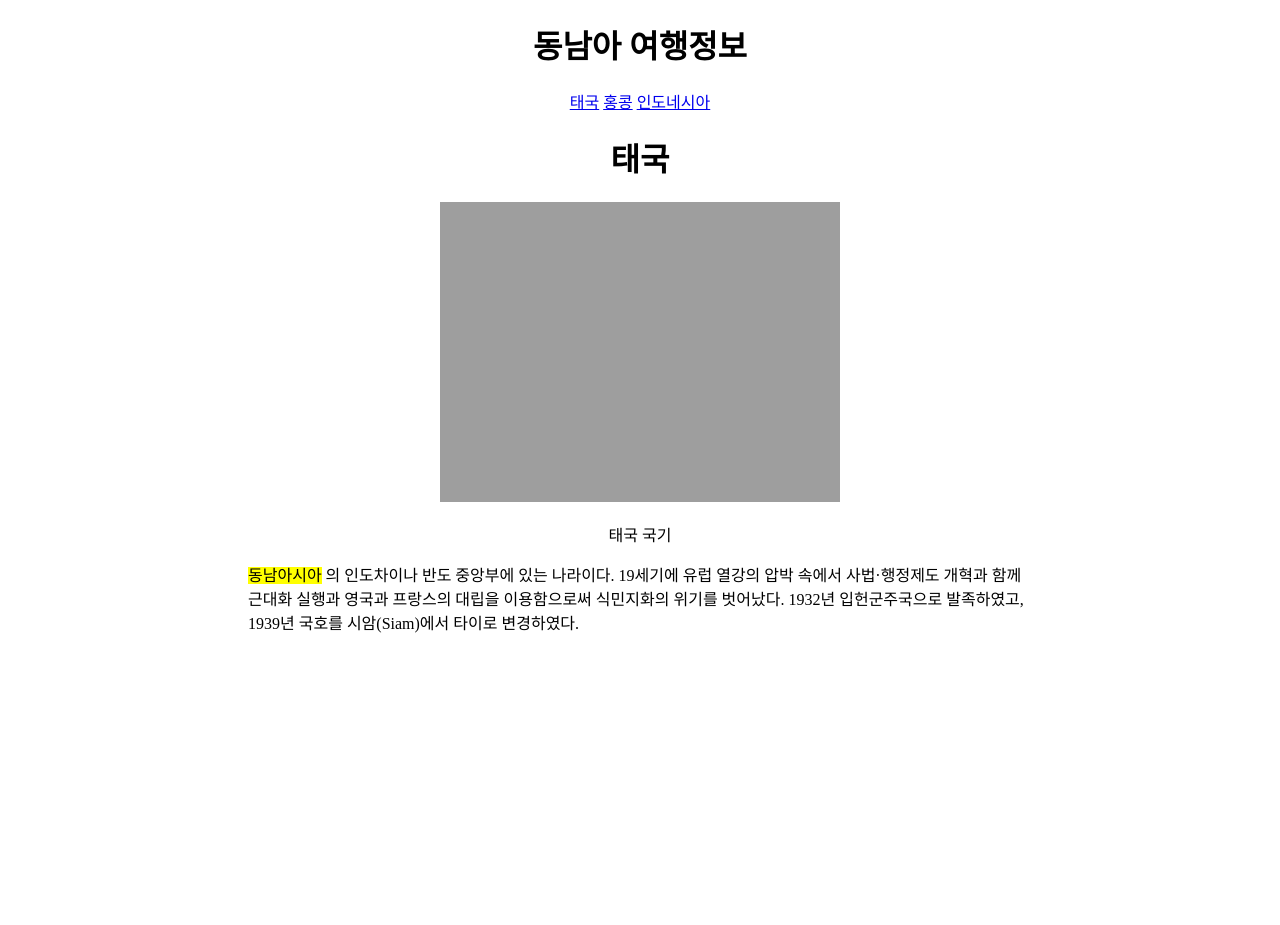
Repository: IreneCho/sk
Page: htmltest/WebContent/day1/homework3.html
The author's editor kept a copy of each file at every save. The page is drawn from the files as they stood at one save, then again after the next save.
The browser window is 1280 px wide. The pictures show the whole page.

Above is the page before, as saved 2016-08-22 02:57:41.

### htmltest/WebContent/day1/homework3.html
<!DOCTYPE html>
<html>
<head>
<meta charset="EUC-KR">
<title>Insert title here</title>
</head>
<body>
	<header>
		<center>
			<h1>동남아 여행정보</h1>
		</center>
	</header>

	<nav>
		<center>
			<a href="thailand.html" target="travle">태국</a> <a
				href="hongkong.html" target="travle">홍콩</a> <a href="indonesia.html"
				target="travle">인도네시아</a>
		</center>
	</nav>

	<center>
		<iframe frameborder="0" scrolling="no" name="travle" width="800"
			height="800" src="thailand.html" class="img-responsive"></iframe>
	</center>
</body>
</html>

### htmltest/WebContent/day1/thailand.html
<!DOCTYPE html>
<html>
<head>
<meta charset="EUC-KR">
<title>Insert title here</title>
</head>
<body>
	<center>
		<header>
			<h1>태국</h1>
		</header>
	</center>
	<center>
		<section>

			<figure>
				<img src="../image/thail.PNG" width="400" height="300" class="img-responsive">
			</figure>
			<figcaption>태국 국기</figcaption>

	</center>

	<article>
		<p>
			<mark>동남아시아</mark>
			의 인도차이나 반도 중앙부에 있는 나라이다. 19세기에 유럽 열강의 압박 속에서 사법·행정제도 개혁과 함께 근대화 실행과
			영국과 프랑스의 대립을 이용함으로써 식민지화의 위기를 벗어났다. 1932년 입헌군주국으로 발족하였고, 1939년 국호를
			시암(Siam)에서 타이로 변경하였다.
		</p>
	</article>
	</section>
</body>
</html>

After the next save:
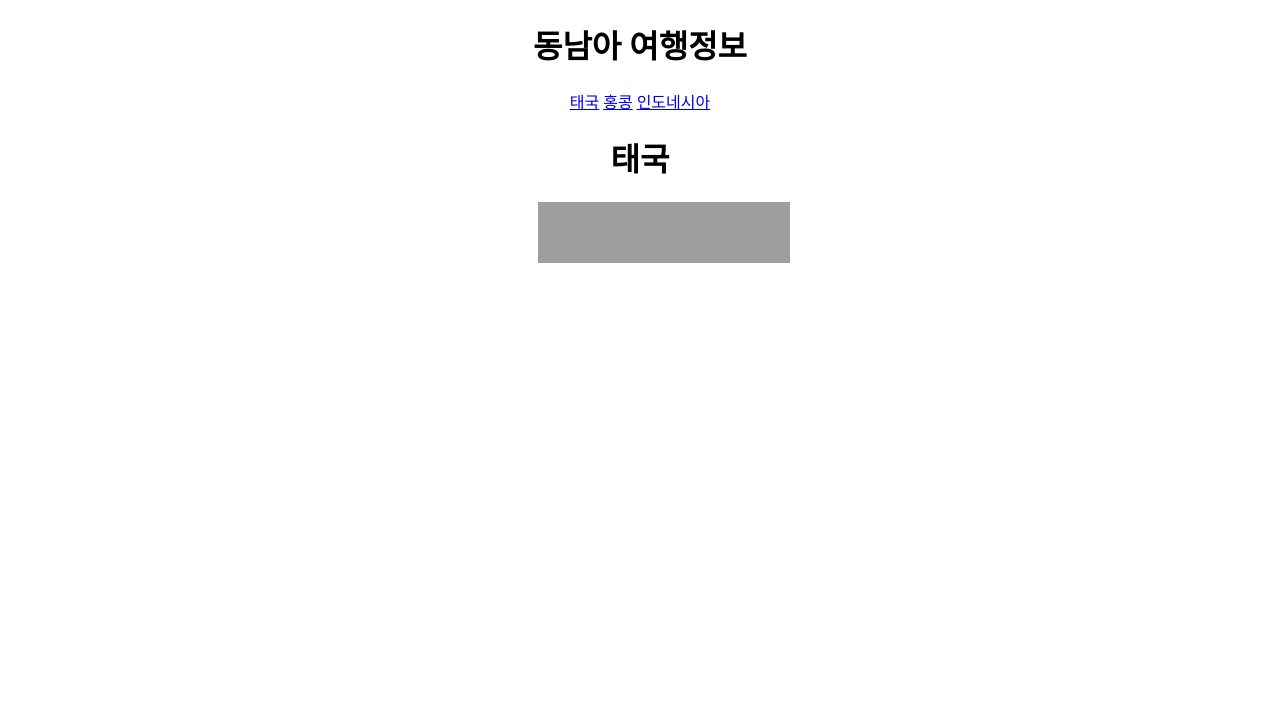
Saved 73 s later.
--- a/htmltest/WebContent/day1/homework3.html
+++ b/htmltest/WebContent/day1/homework3.html
@@ -20,8 +20,7 @@
 	</nav>
 
 	<center>
-		<iframe frameborder="0" scrolling="no" name="travle" width="800"
-			height="800" src="thailand.html" class="img-responsive"></iframe>
+		<iframe frameborder="0" scrolling="no" name="travle"  src="thailand.html" class="img-responsive"></iframe>
 	</center>
 </body>
 </html>

After the save that followed:
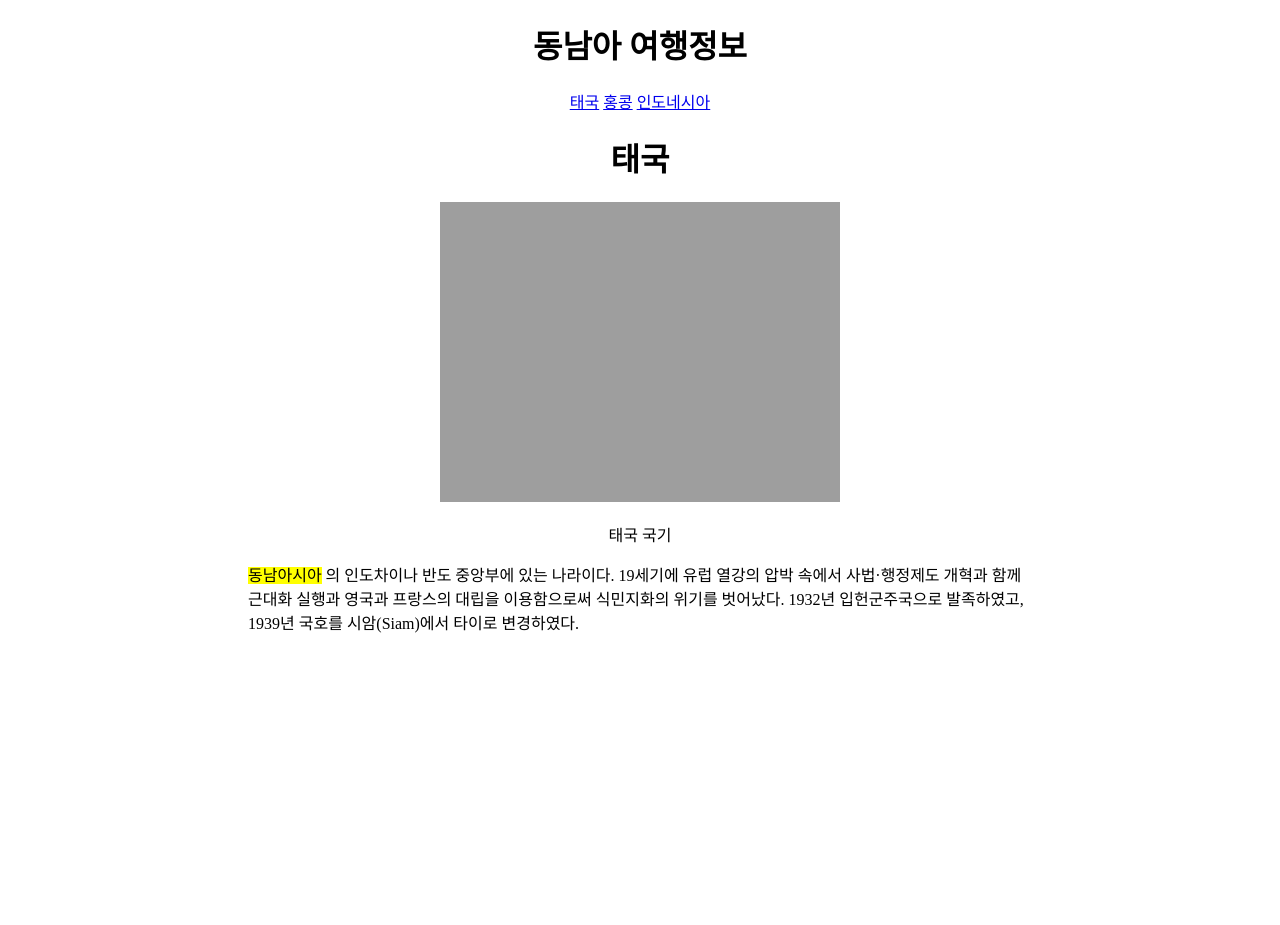
Saved 5 s later.
--- a/htmltest/WebContent/day1/homework3.html
+++ b/htmltest/WebContent/day1/homework3.html
@@ -20,7 +20,8 @@
 	</nav>
 
 	<center>
-		<iframe frameborder="0" scrolling="no" name="travle"  src="thailand.html" class="img-responsive"></iframe>
+		<iframe frameborder="0" scrolling="no" name="travle" width="800"
+			height="800" src="thailand.html" class="img-responsive"></iframe>
 	</center>
 </body>
 </html>
